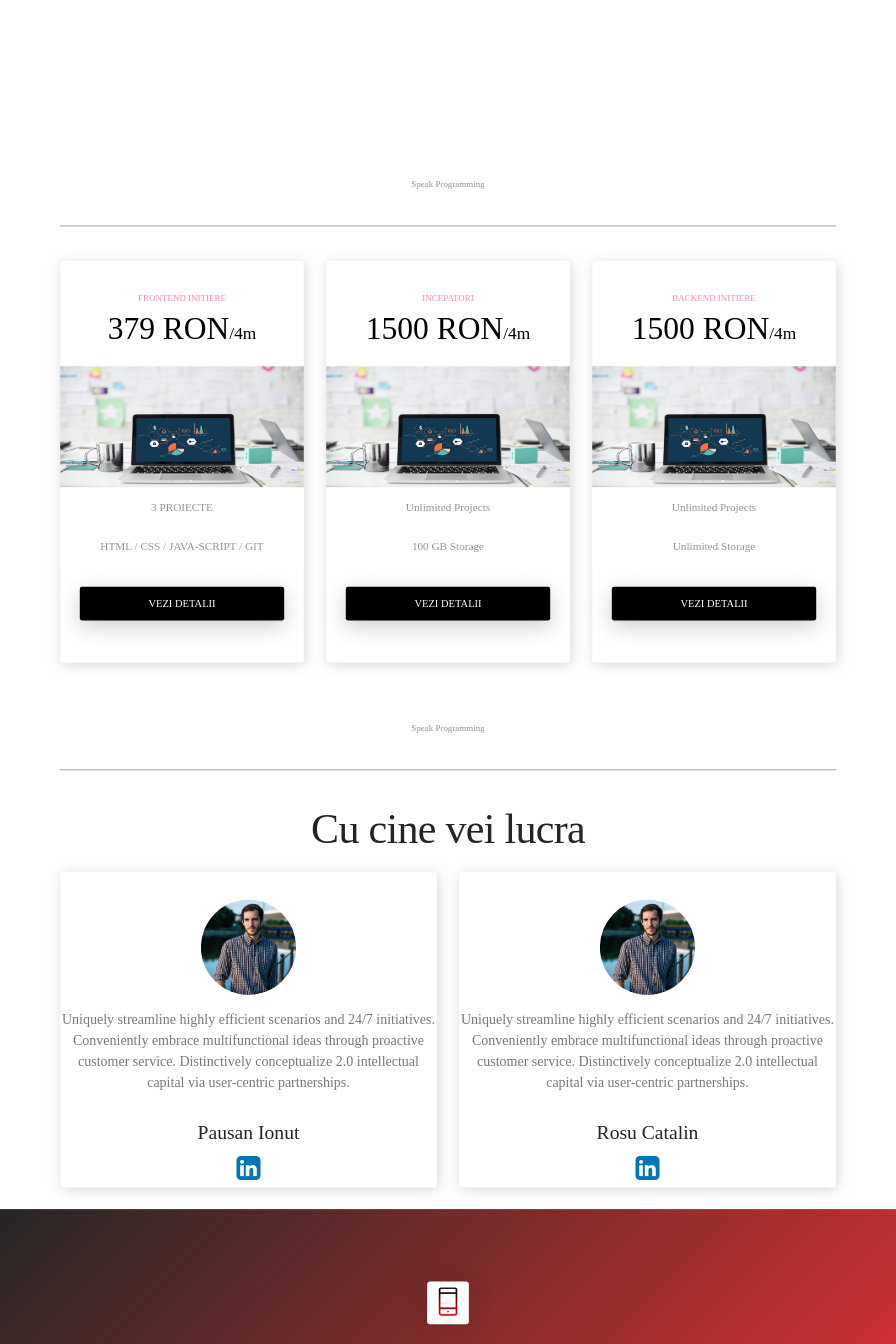
Repository: RosuCatalinDorin/ITSchool
Page: home-page/index.html
These files come from the project's save history. The page is drawn as it stood at one moment and after the next save; the edit follows.
The browser window is 1280 px wide. The pictures show the part of the page from y = 465 to 2385 px (the page is 3234 px tall before and 3113 px after), at 70% of full size.
Some web libraries are served in a nearby version.

Above is the page before, as saved 2019-03-13 18:53:50.

After the next save:
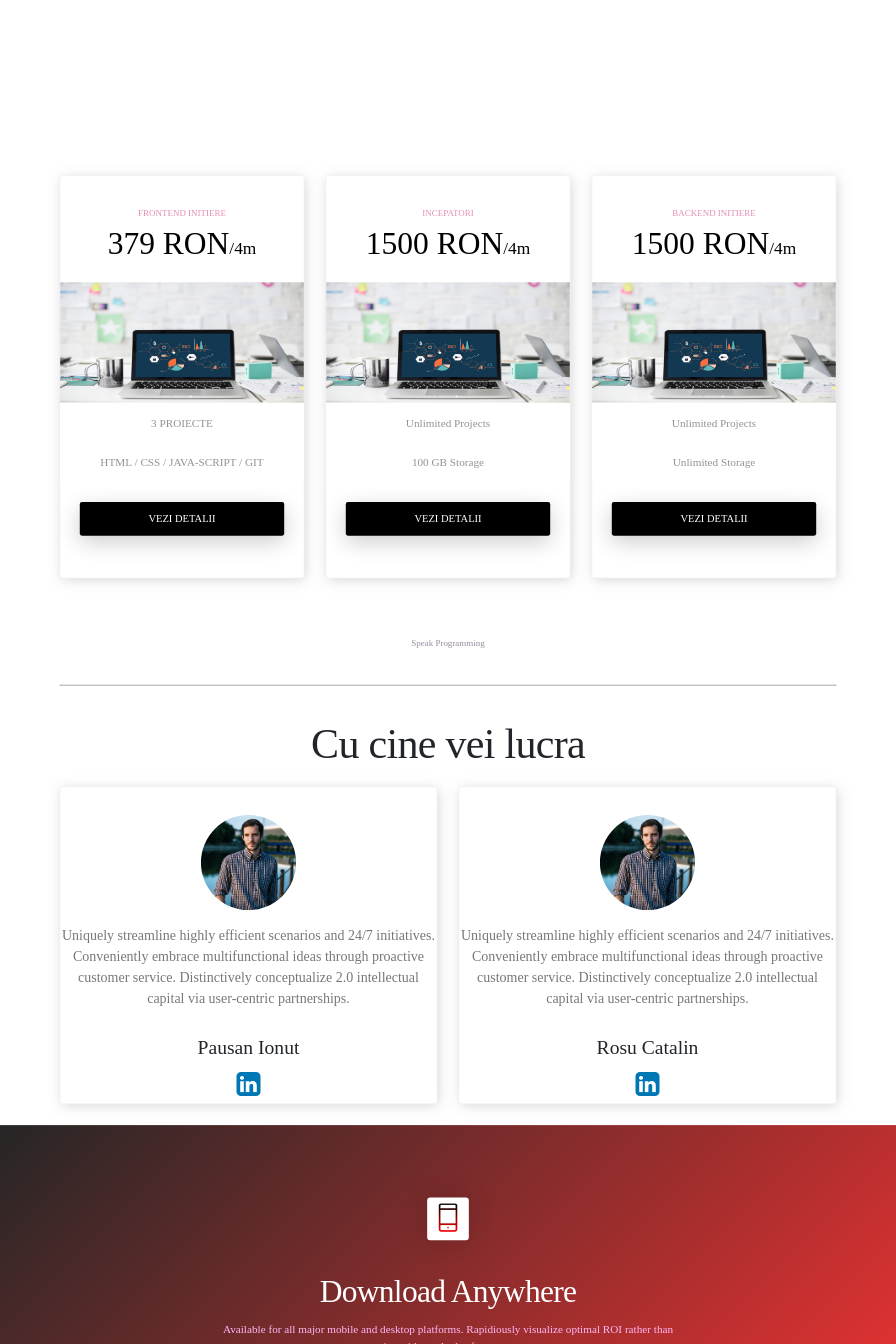
Saved 14 s later.
--- a/home-page/index.html
+++ b/home-page/index.html
@@ -76,12 +76,8 @@
     <!-- END HEADER -->
 
 <!-- SECTIUNE CURSURI START -->
-    <div class="section" id="cursuri">
-        <div class="container">
-            <div class="section-title">
-                <small>Speak Programming</small>
-                <h3>Cursuri</h3>
-            </div>
+    <div class="section section-home-curs" id="cursuri">
+        <div class="container">
             <div class="card-deck">
                 <div class="card pricing">
                     <div class="card-head">
@@ -136,7 +132,7 @@
 
 <!-- SECTIUNE TRAINER START-->
 
-<div class="section">
+<div class="section section-home-trainer">
         <div class="container">
                 <div class="section-title">
                     <small>Speak Programming</small>
